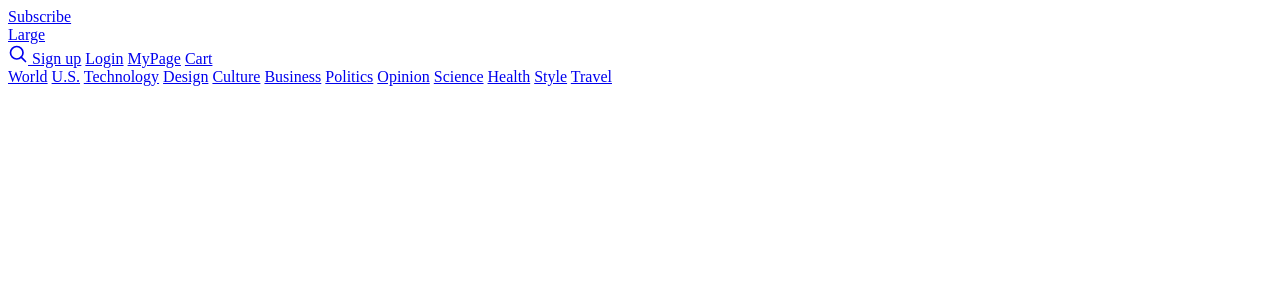
Repository: nunnunhap/Portfolio_YewMall
Page: http://localhost/layout/comm/header
An editor plug-in stored every save of this project. The page is shown before and after the next save, followed by the edit.
The browser window is 1280 px wide. The pictures show the whole page.
The page is this project's Thymeleaf template; nobody is signed in. The template is opened directly, without the code that normally fills it, so the values that code supplies are empty.

Above is the page before, as saved 2024-06-17 11:21:56.

### yewmall/src/main/resources/templates/layout/comm/header.html
<!DOCTYPE html>
<html lang="ko"xmlns:th="http://www.thymeleaf.org">

<div th:fragment="headerFragment">

	<header class="blog-header py-3">
    <div class="row flex-nowrap justify-content-between align-items-center">
      <div class="col-4 pt-1">
        <a class="text-muted" href="#">Subscribe</a>
      </div>
      <div class="col-4 text-center">
        <a class="blog-header-logo text-dark" href="#">Large</a>
      </div>
      <div class="col-4 d-flex justify-content-end align-items-center">
        <a class="text-muted" href="#" aria-label="Search">
          <svg xmlns="http://www.w3.org/2000/svg" width="20" height="20" fill="none" stroke="currentColor" stroke-linecap="round" stroke-linejoin="round" stroke-width="2" class="mx-3" role="img" viewBox="0 0 24 24" focusable="false"><title>Search</title><circle cx="10.5" cy="10.5" r="7.5"></circle><path d="M21 21l-5.2-5.2"></path></svg>
        </a>
        <a class="btn btn-sm btn-outline-secondary" href="#">Sign up</a>
        <a class="btn btn-sm btn-outline-secondary" href="#">Login</a>
        <a class="btn btn-sm btn-outline-secondary" href="#">MyPage</a>
        <a class="btn btn-sm btn-outline-secondary" href="#">Cart</a>
      </div>
    </div>
  </header>


  <div class="nav-scroller py-1 mb-2">
    <nav class="nav d-flex justify-content-between">
      <a class="p-2 text-muted" href="#">World</a>
      <a class="p-2 text-muted" href="#">U.S.</a>
      <a class="p-2 text-muted" href="#">Technology</a>
      <a class="p-2 text-muted" href="#">Design</a>
      <a class="p-2 text-muted" href="#">Culture</a>
      <a class="p-2 text-muted" href="#">Business</a>
      <a class="p-2 text-muted" href="#">Politics</a>
      <a class="p-2 text-muted" href="#">Opinion</a>
      <a class="p-2 text-muted" href="#">Science</a>
      <a class="p-2 text-muted" href="#">Health</a>
      <a class="p-2 text-muted" href="#">Style</a>
      <a class="p-2 text-muted" href="#">Travel</a>
    </nav>
  </div>




</div>

</html>

After the next save:
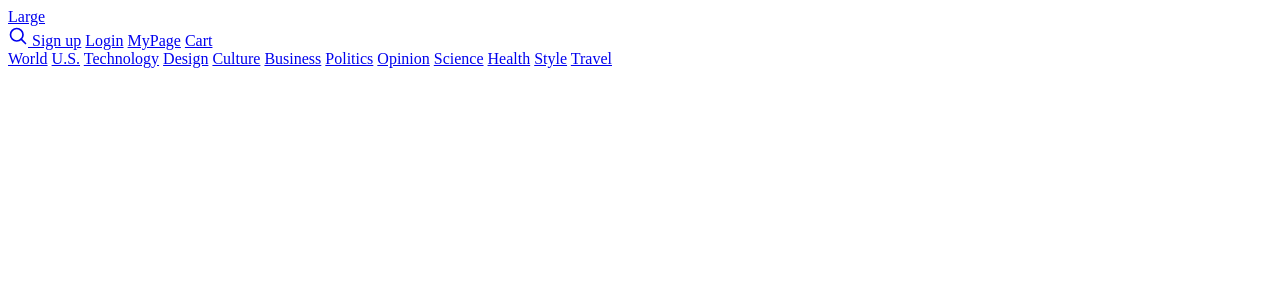
Saved 66 s later.
--- a/yewmall/src/main/resources/templates/layout/comm/header.html
+++ b/yewmall/src/main/resources/templates/layout/comm/header.html
@@ -5,10 +5,7 @@
 
 	<header class="blog-header py-3">
     <div class="row flex-nowrap justify-content-between align-items-center">
-      <div class="col-4 pt-1">
-        <a class="text-muted" href="#">Subscribe</a>
-      </div>
-      <div class="col-4 text-center">
+      <div class="col-8 text-center">
         <a class="blog-header-logo text-dark" href="#">Large</a>
       </div>
       <div class="col-4 d-flex justify-content-end align-items-center">
